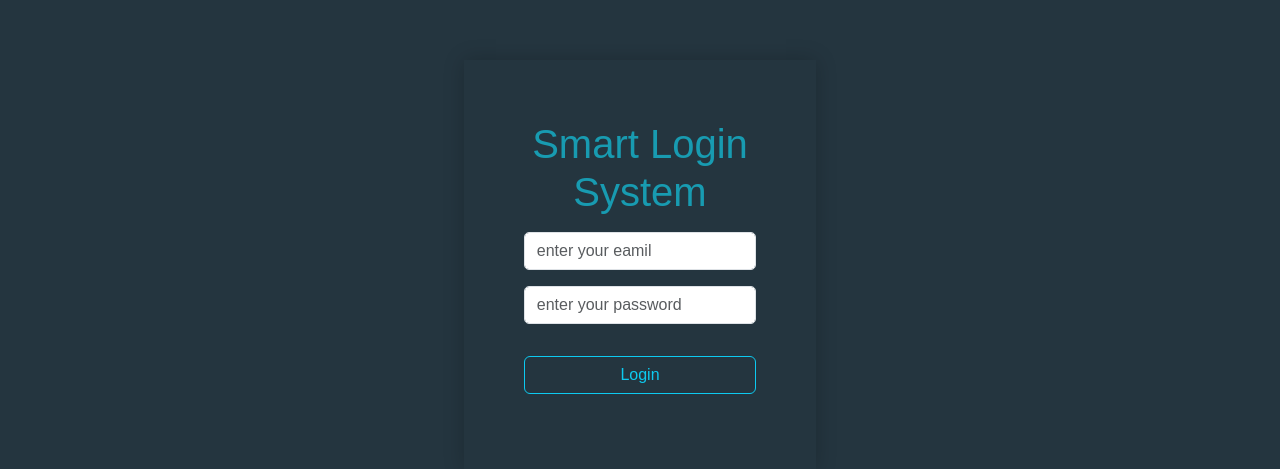
Repository: bodajava/TASK-4
Page: index.html
These files come from the project's save history. The page is drawn as it stood at one moment and after the next save; the edit follows.
The browser window is 1280 px wide. The pictures show the whole page.

Above is the page before, as saved 2025-06-16 18:51:42.

After the next save:
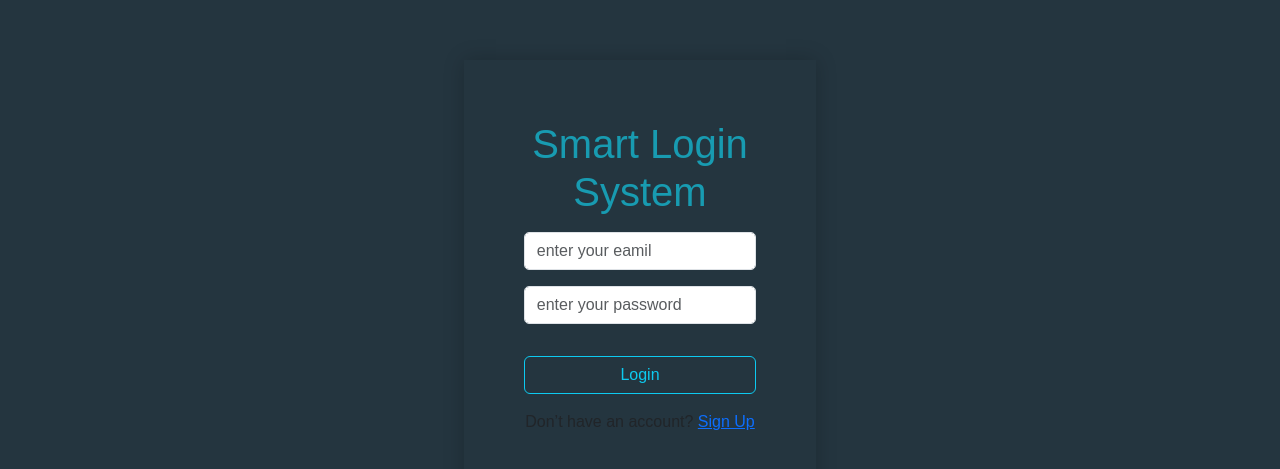
Saved 49 s later.
--- a/index.html
+++ b/index.html
@@ -25,6 +25,7 @@
           id="signinPassword"
         />
         <button class="btn btn-outline-info w-100 my-3">Login</button>
+        <p>Don’t have an account? <a href="">Sign Up</a></p>
       </div>
     </div>
 
